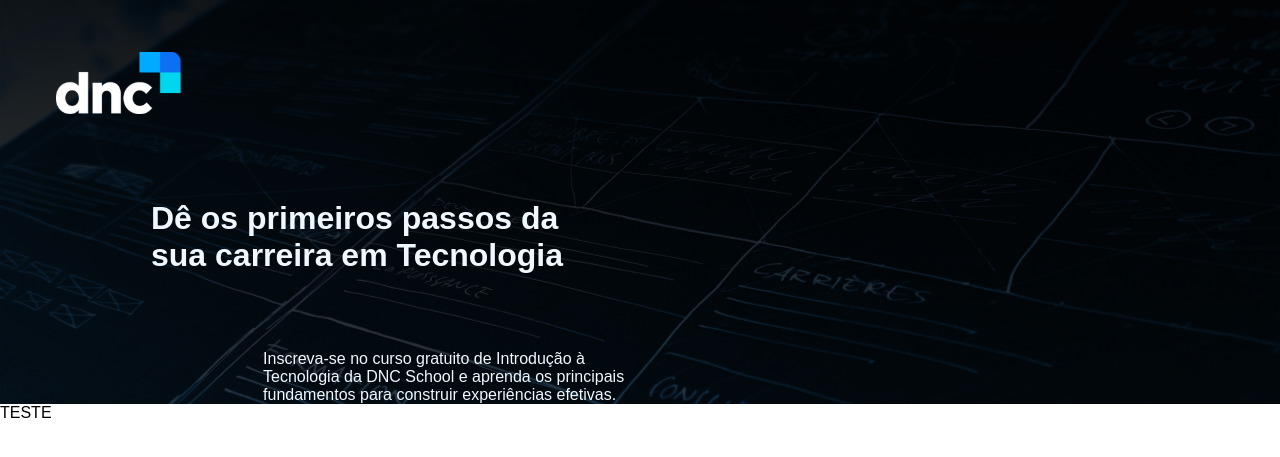
Repository: kleber-goncalves/Landing-Page-dnc
Page: src/index.html
The author's editor kept a copy of each file at every save. The page is drawn from the files as they stood at one save, then again after the next save.
The browser window is 1280 px wide. The pictures show the whole page.

Above is the page before, as saved 2024-12-09 19:51:00.

After the next save:
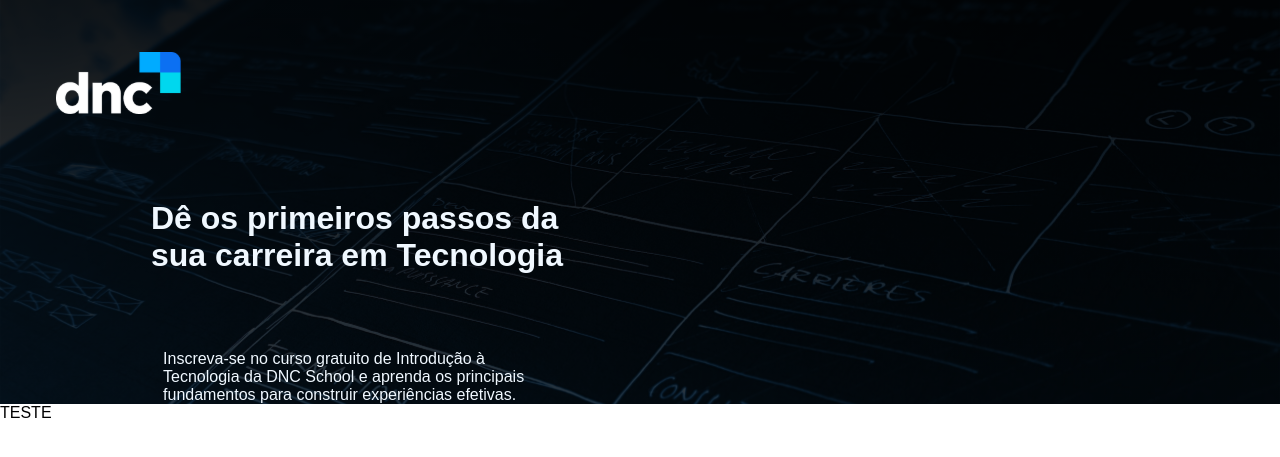
Saved 24 s later.
--- a/src/style.css
+++ b/src/style.css
@@ -29,6 +29,6 @@
 
 #subtitulo {
   display: flex;
-  margin-left: -300px;
+  margin-left: -400px;
   margin-top: 350px;
 }
